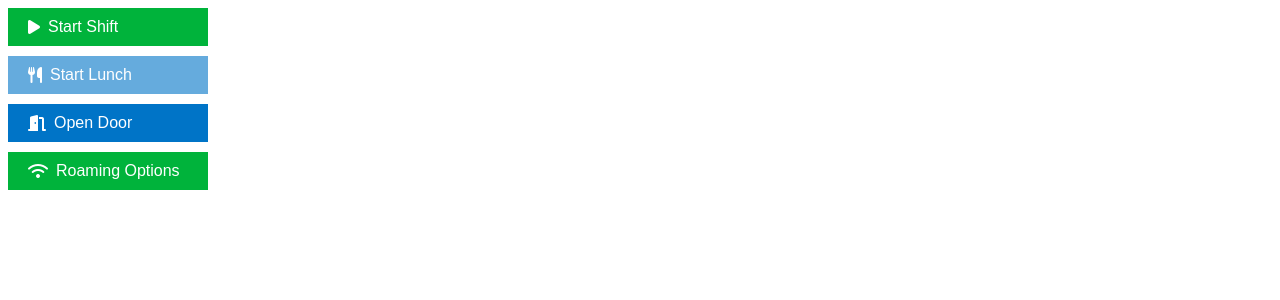
Repository: Philip-Rogers/button-state
Page: experiment.html
An editor plug-in stored every save of this project. The page is shown before and after a run of saves, followed by the edit.
The browser window is 1280 px wide. The pictures show the whole page.

Above is the page before, as saved 2024-08-14 16:20:00.

### experiment.html
<!DOCTYPE html>
<html lang="en">

<head>
    <meta charset="UTF-8">
    <meta name="viewport" content="width=device-width, initial-scale=1.0">
    <title>Shift and Lunch Toggle Buttons</title>
    <link rel="stylesheet" href="index.css">
    <link rel="stylesheet" href="https://cdnjs.cloudflare.com/ajax/libs/font-awesome/6.5.1/css/all.min.css"
        integrity="sha512-DTOQO9RWCH3ppGqcWaEA1BIZOC6xxalwEsw9c2QQeAIftl+Vegovlnee1c9QX4TctnWMn13TZye+giMm8e2LwA=="
        crossorigin="anonymous" referrerpolicy="no-referrer" />
</head>

<body>

    <!-- Container to hold all buttons -->
    <div class="button-container">
        <!-- Shift Button -->
        <button id="shiftButton" class="toggle-button" onclick="toggleShift()">
            <i class="fa fa-play"></i> Start Shift
        </button>

        <!-- Lunch Button -->
        <button id="lunchButton" class="toggle-button" onclick="toggleLunch()" disabled>
            <i class="fa fa-utensils"></i> Start Lunch
        </button>

        <!-- Open Door Button -->
        <button id="openDoorButton" class="toggle-button" onclick="toggleOpenDoor()">
            <i class="fa fa-door-open"></i> Open Door
        </button>

        <!-- Roaming Options Button -->
        <button id="roamingOptionsButton" class="toggle-button" onclick="toggleRoamingOptions()">
            <i class="fa fa-wifi"></i> Roaming Options
        </button>
    </div>

    <script>
        let shiftState = 'start'; // Tracks the state of the Shift button
        let lunchState = 'start'; // Tracks the state of the Lunch button
        let doorState = 'closed'; // Tracks the state of the Open Door button
        let roamingState = 'off'; // Tracks the state of the Roaming Options button

        // Function to toggle the Shift button text and color
        function toggleShift() {
            const shiftButton = document.getElementById('shiftButton');
            const lunchButton = document.getElementById('lunchButton');

            if (shiftState === 'start') {
                shiftButton.innerHTML = '<i class="fa fa-stop"></i> Stop Shift';
                shiftButton.style.backgroundColor = 'hsl(354, 70%, 54%)'; // Red for Stop Shift
                shiftState = 'stop';
                lunchButton.disabled = false; // Enable the Lunch button when Shift is started
            } else {
                // Revert all buttons to their default state
                shiftButton.innerHTML = '<i class="fa fa-play"></i> Start Shift';
                shiftButton.style.backgroundColor = 'hsl(140, 100%, 35%)'; // Green for Start Shift
                shiftState = 'start';
                lunchButton.disabled = true; // Disable the Lunch button when Shift is stopped
                lunchButton.innerHTML = '<i class="fa fa-utensils"></i> Start Lunch'; // Reset Lunch button text
                lunchButton.style.backgroundColor = 'hsl(205, 100%, 39%)'; // Reset Lunch button color
                lunchState = 'start'; // Reset Lunch button state
            }
        }

        // Function to toggle the Lunch button text and color
        function toggleLunch() {
            const shiftButton = document.getElementById('shiftButton');
            const lunchButton = document.getElementById('lunchButton');

            if (lunchState === 'start') {
                lunchButton.innerHTML = '<i class="fa fa-stop"></i> Stop Lunch';
                lunchButton.style.backgroundColor = 'hsl(354, 70%, 54%)'; // Red for Stop Lunch

                if (shiftState === 'stop') {
                    shiftButton.style.backgroundColor =
                    'hsl(354, 70%, 44%)'; // Darkened red for Stop Shift when disabled
                    shiftButton.disabled = true; // Disable the Stop Shift button
                }

                lunchState = 'stop';
            } else {
                lunchButton.innerHTML = '<i class="fa fa-utensils"></i> Start Lunch';
                lunchButton.style.backgroundColor = 'hsl(205, 100%, 39%)'; // Blue for Start Lunch
                lunchButton.disabled = true; // Disable the Stop Lunch button

                if (shiftState === 'stop') {
                    shiftButton.style.backgroundColor = 'hsl(354, 70%, 54%)'; // Restore the red color for Stop Shift
                    shiftButton.disabled = false; // Re-enable the Stop Shift button
                }

                lunchState = 'start';
            }
        }

        // Function to toggle the Open Door button text and color
        function toggleOpenDoor() {
            const openDoorButton = document.getElementById('openDoorButton');

            if (doorState === 'closed') {
                openDoorButton.innerHTML = '<i class="fa fa-door-closed"></i> Close Door';
                openDoorButton.style.backgroundColor = 'hsl(354, 70%, 54%)'; // Red for Door Opened
                doorState = 'open';
            } else {
                openDoorButton.innerHTML = '<i class="fa fa-door-open"></i> Open Door';
                openDoorButton.style.backgroundColor = 'hsl(205, 100%, 39%)';

### index.css
/* Container for the buttons to ensure they stack vertically */
.button-container {
    display: flex;
    flex-direction: column;
    align-items: flex-start;
    /* Align buttons to the start of the container */
    gap: 10px;
    /* Space between the buttons */
}

/* Style for the toggle buttons */
.toggle-button {
    color: white;
    background-color: hsl(140, 100%, 35%);
    /* Default green for Start Shift */
    border: none;
    padding: 10px 20px;
    font-size: 16px;
    cursor: pointer;
    display: flex;
    align-items: center;
    width: 200px;
    /* Fixed width for consistency */
}

#lunchButton,
#openDoorButton {
    background-color: hsl(205, 100%, 39%);
    /* Default blue color for Start Lunch and Open Door */
}

.toggle-button i {
    margin-right: 8px;
}

.toggle-button:disabled {
    cursor: not-allowed;
    opacity: 0.6;
}

After the next 2 saves:
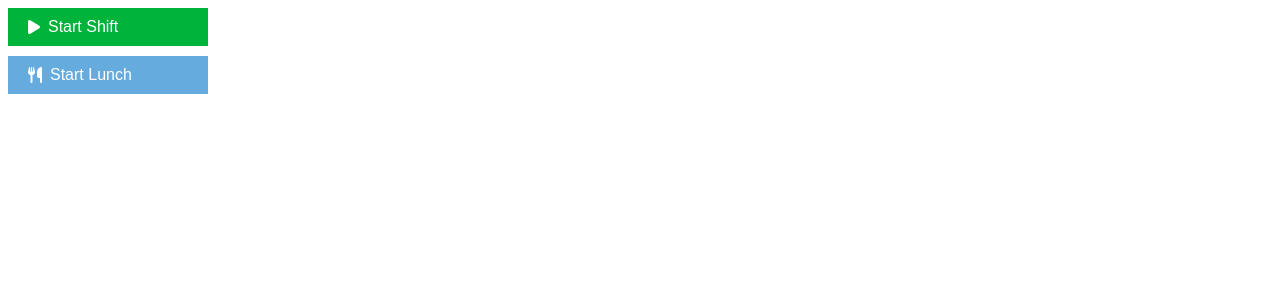
The 2 saves are shown as one change because they came seconds apart.
The last was saved 9 s later.
--- a/experiment.html
+++ b/experiment.html
@@ -13,7 +13,7 @@
 
 <body>
 
-    <!-- Container to hold all buttons -->
+    <!-- Container to hold both buttons -->
     <div class="button-container">
         <!-- Shift Button -->
         <button id="shiftButton" class="toggle-button" onclick="toggleShift()">
@@ -24,23 +24,11 @@
         <button id="lunchButton" class="toggle-button" onclick="toggleLunch()" disabled>
             <i class="fa fa-utensils"></i> Start Lunch
         </button>
-
-        <!-- Open Door Button -->
-        <button id="openDoorButton" class="toggle-button" onclick="toggleOpenDoor()">
-            <i class="fa fa-door-open"></i> Open Door
-        </button>
-
-        <!-- Roaming Options Button -->
-        <button id="roamingOptionsButton" class="toggle-button" onclick="toggleRoamingOptions()">
-            <i class="fa fa-wifi"></i> Roaming Options
-        </button>
     </div>
 
     <script>
         let shiftState = 'start'; // Tracks the state of the Shift button
         let lunchState = 'start'; // Tracks the state of the Lunch button
-        let doorState = 'closed'; // Tracks the state of the Open Door button
-        let roamingState = 'off'; // Tracks the state of the Roaming Options button
 
         // Function to toggle the Shift button text and color
         function toggleShift() {
@@ -53,7 +41,7 @@
                 shiftState = 'stop';
                 lunchButton.disabled = false; // Enable the Lunch button when Shift is started
             } else {
-                // Revert all buttons to their default state
+                // Revert both buttons to their default state
                 shiftButton.innerHTML = '<i class="fa fa-play"></i> Start Shift';
                 shiftButton.style.backgroundColor = 'hsl(140, 100%, 35%)'; // Green for Start Shift
                 shiftState = 'start';
@@ -75,7 +63,7 @@
 
                 if (shiftState === 'stop') {
                     shiftButton.style.backgroundColor =
-                    'hsl(354, 70%, 44%)'; // Darkened red for Stop Shift when disabled
+                        'hsl(354, 70%, 44%)'; // Darkened red for Stop Shift when disabled
                     shiftButton.disabled = true; // Disable the Stop Shift button
                 }
 
@@ -93,15 +81,8 @@
                 lunchState = 'start';
             }
         }
+    </script>
 
-        // Function to toggle the Open Door button text and color
-        function toggleOpenDoor() {
-            const openDoorButton = document.getElementById('openDoorButton');
+</body>
 
-            if (doorState === 'closed') {
-                openDoorButton.innerHTML = '<i class="fa fa-door-closed"></i> Close Door';
-                openDoorButton.style.backgroundColor = 'hsl(354, 70%, 54%)'; // Red for Door Opened
-                doorState = 'open';
-            } else {
-                openDoorButton.innerHTML = '<i class="fa fa-door-open"></i> Open Door';
-                openDoorButton.style.backgroundColor = 'hsl(205, 100%, 39%)';
+</html>
